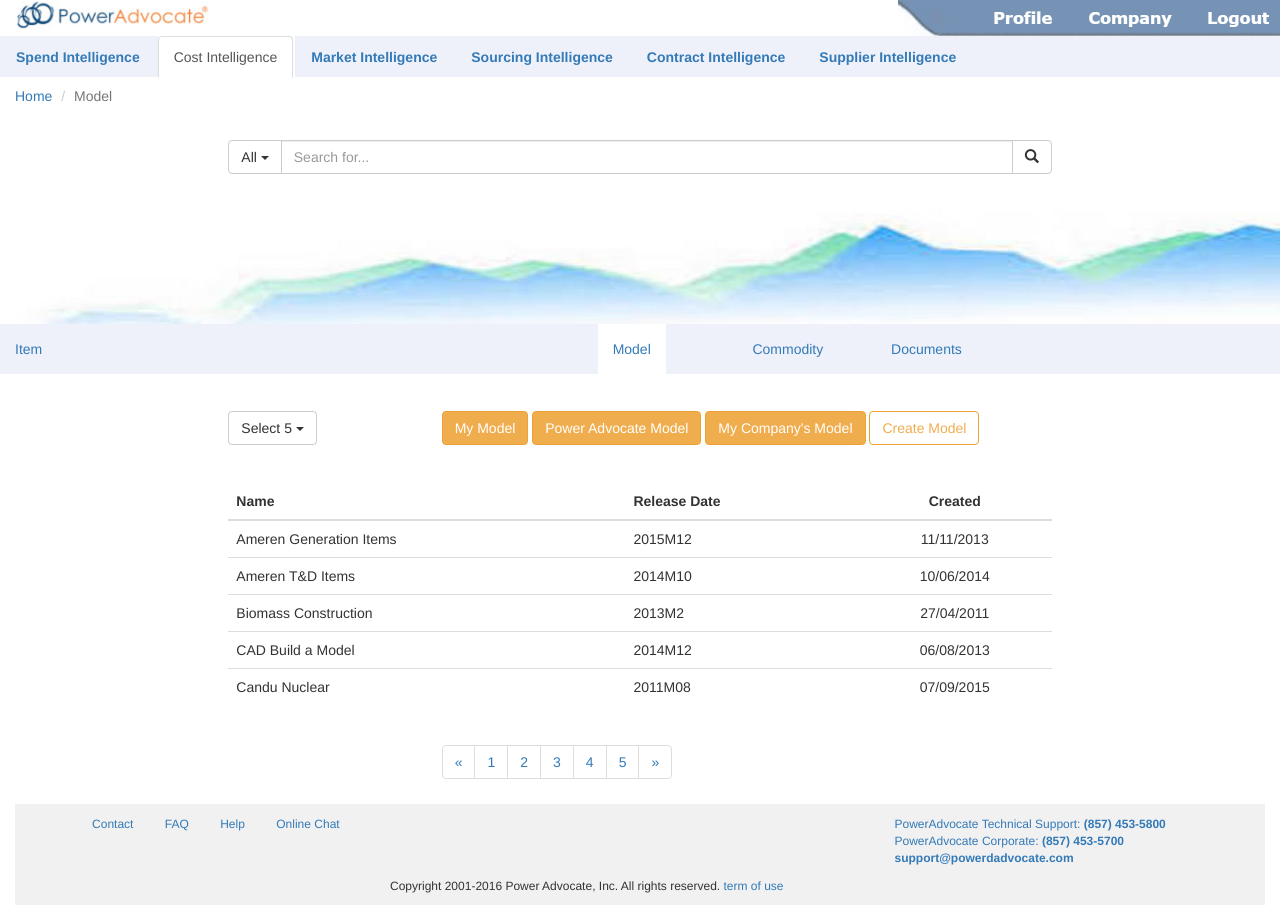
Repository: SamiraMansouri/PowerAdvocate-CostIntelligence-Application-new-Design-using-UserExperience-Method-
Page: http://localhost/PowerAdvocate/WEB-INF/views/home.jsp
The author's editor kept a copy of each file at every save. The page is drawn from the files as they stood at one save, then again after the next save.
The browser window is 1280 px wide. The pictures show the whole page.
The page is served by Tomcat 9. Nobody is signed in. The template is opened directly, without the code that normally fills it, so the values that code supplies are empty.

Above is the page before, as saved 2016-04-25 02:08:01.

After the next save:
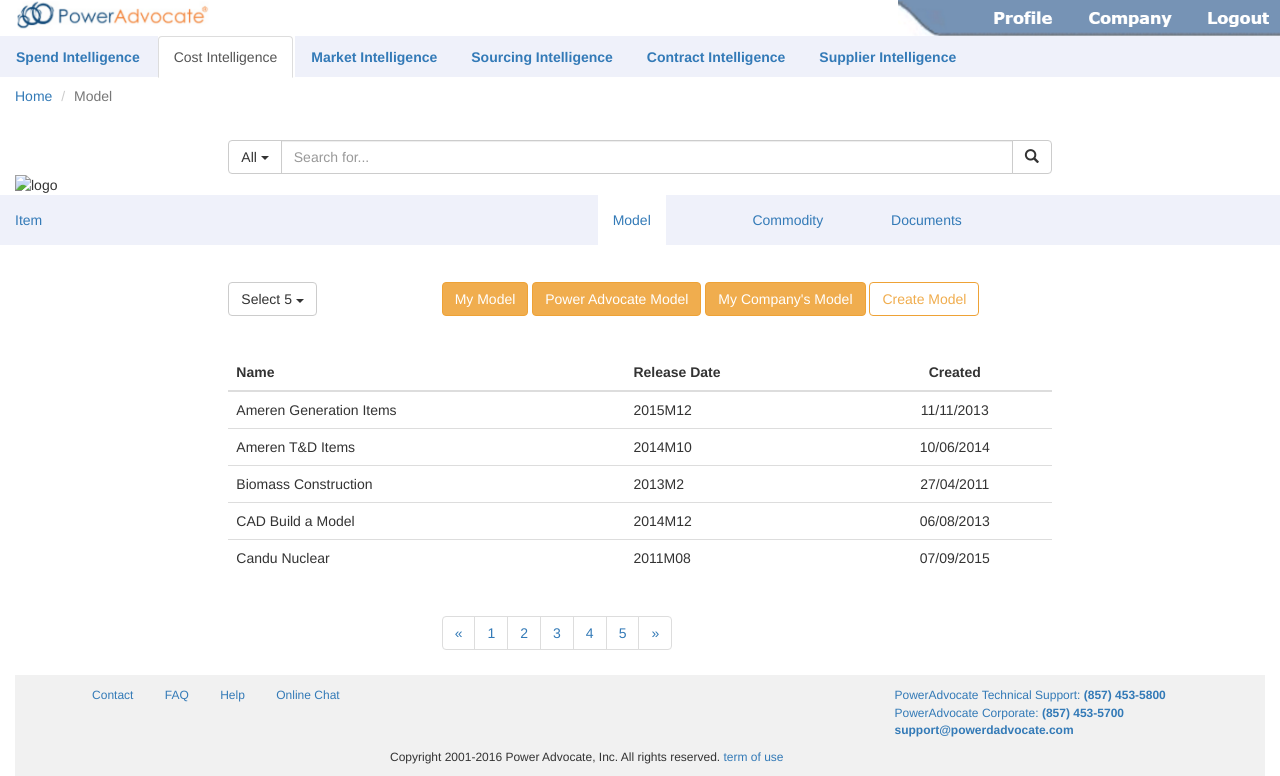
Not found: PowerAdvocate-Prototype/PowerAdvocate/PowerAdvocate/WEB-INF/views/resources/img/ap.jpeg
Saved 3 min 37 s later.
--- a/PowerAdvocate-Prototype/PowerAdvocate/src/main/webapp/WEB-INF/views/home.jsp
+++ b/PowerAdvocate-Prototype/PowerAdvocate/src/main/webapp/WEB-INF/views/home.jsp
@@ -188,7 +188,7 @@
 
 		<div class="row">
 			<div class="col-md-12 image">
-				<img  src="resources/img/a.jpeg" alt="logo"
+				<img  src="resources/img/ap.jpeg" alt="logo"
 					style="width: 100%; height: 150px;">
 			</div>
 		</div>
